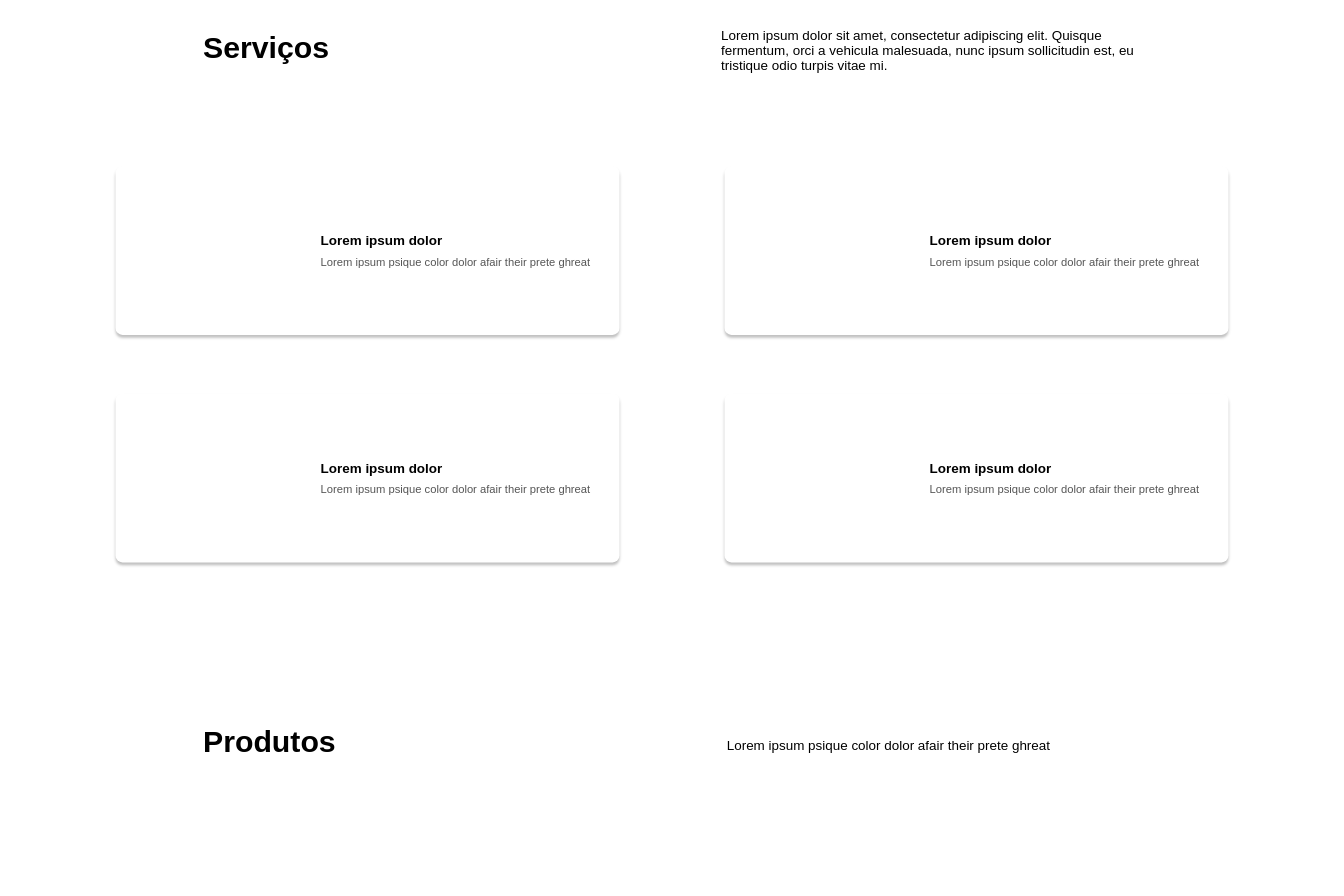
Repository: Matheus904-12/Reforma
Page: index.html
The author's editor kept a copy of each file at every save. The page is drawn from the files as they stood at one save, then again after the next save.
The browser window is 1920 px wide. The pictures show the part of the page from y = 778 to 2058 px (the page is 2073 px tall before and 1961 px after), at 70% of full size.

Above is the page before, as saved 2024-08-01 10:39:59.

After the next save:
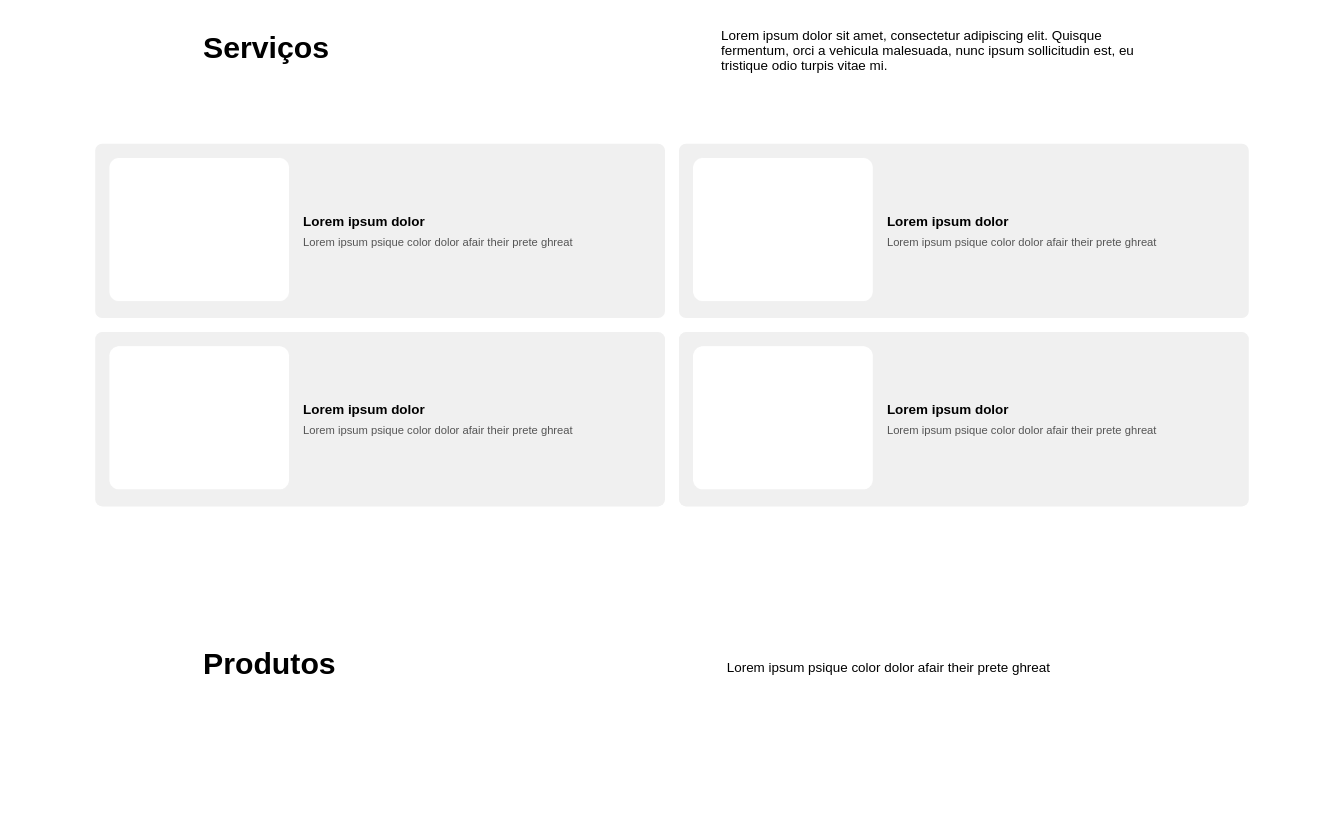
Saved 3 s later.
--- a/styles.css
+++ b/styles.css
@@ -279,109 +279,3 @@ header {
     margin: 0;
     color: #555;
 }
-.carrossel__titulo {
-    color: var(--laranja);
-    background-color: var(--branco);
-    text-align: center;
-    text-transform: uppercase;
-    font-size: 18px;
-    font-weight: 700;
-    padding: 1em 0 0.5em 0;
-}
-
-.swiper-slide img {
-    width: 100%
-}
-
-.swiper-button-prev, .swiper-button-next {
-    display: none;
-}
-
-.swiper-pagination {
-    position: initial;
-    margin: .5em 0 ;
-}
-
-.card__descricao {
-    display: flex;
-    justify-content: space-between;
-    margin-bottom: .5em;
-}
-
-.card__botoes {
-    display: flex;
-    justify-content: space-between;
-}
-
-.botoes {
-    display: flex;
-}
-
-.card {
-    background: var(--branco);
-    box-shadow: 0px 4px 4px rgba(0, 0, 0, 0.25);
-    border-radius: 10px;
-    margin: 1em;
-    padding: 1em;
-}
-
-.descricao__titulo {
-    color: var(--laranja);
-    font-weight: 700;
-}
-
-.descricao__titulo__livro {
-    color: var(--azul);
-    font-size: 18px;
-    font-weight: 700;
-    margin: .5em 0;
-}
-
-.descricao__texto {
-    font-size: 14px;
-}
-
-.botoes__item {
-    margin: 0 .5em;
-    list-style: none;
-}
-
-.botao__ancora  {
-    background-color: var(--laranja);
-    padding: 1em 2.2em;
-    font-weight: 700;
-    color: var(--branco);
-    text-decoration: none;
-}
-
-.descricao__estrelinha {
-    padding: .5em;
-}
-
-
-@media screen and (min-width: 1024px) {
-    .carrossel__titulo {
-        font-size: 26px;
-    }
-
-    .swiper-pagination {
-        margin: 2em 0 3em 0;
-    }
-
-    .swiper-button-next, .swiper-button-prev {
-        display: block;
-    }
-
-    .card {
-        width: 40%;
-        margin: 2em auto;
-    }
-}
-
-@media screen and (min-width: 1728px) {
-    .carrossel.contanier {
-        display: flex;
-        margin: 0 20vw 3em 20vw;
-        align-items: center;
-    }
-}
